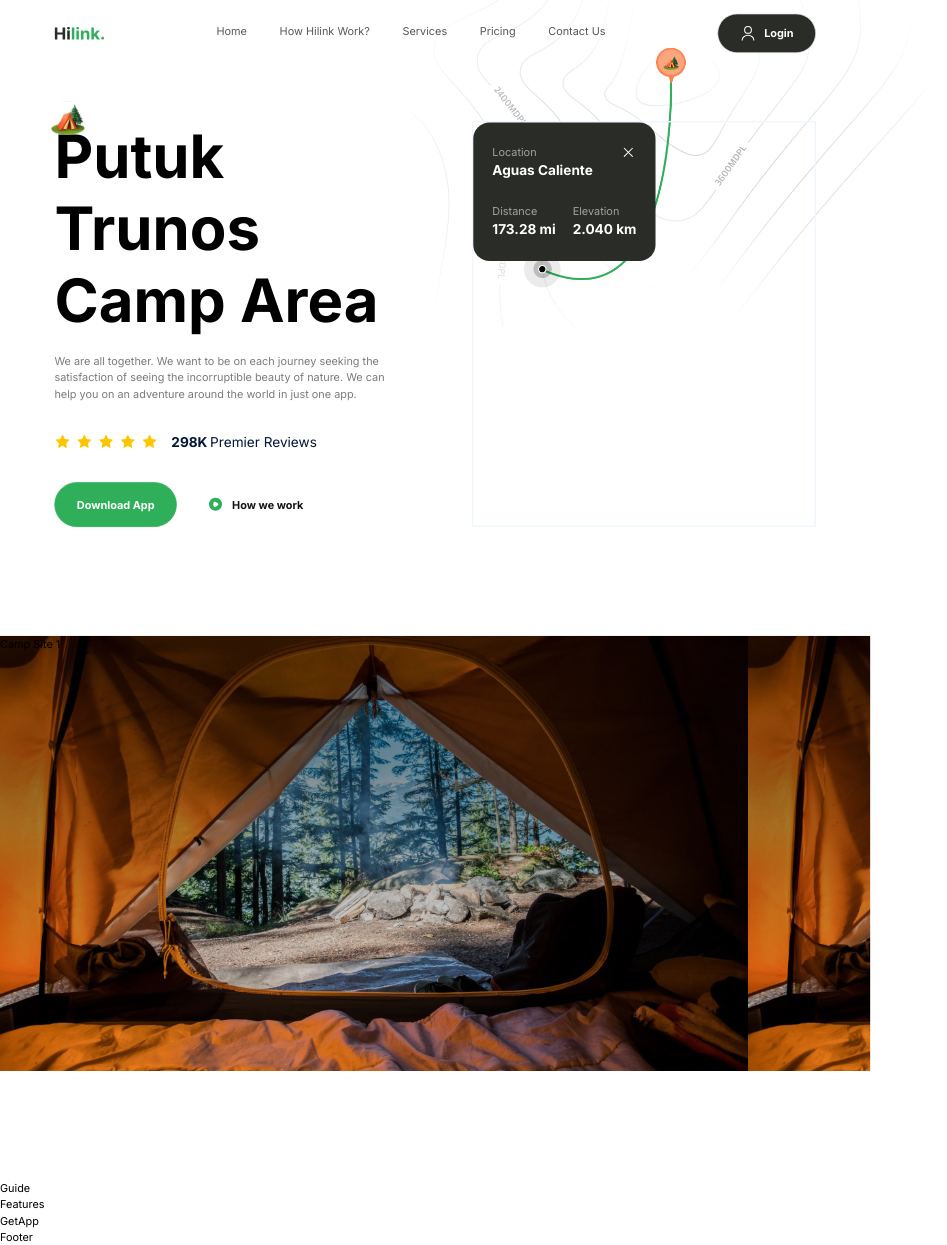
Repository: SouthpawC0der/Modern-reactsite
Page: /
An editor plug-in stored every save of this project. The page is shown before and after the next save, followed by the edit.
The browser window is 1280 px wide. The page is 1392 px wide, so the pictures cover 1392 px, including what lies to the right of the window. The pictures show the whole page, at 68% of full size.
The project was rebuilt for these pictures with package versions that can differ from the ones it lists, and the page was loaded fresh each time. The framework's server and built-in components were replaced by stand-ins that run in the browser. Also part of the build but not shown: next.config.ts.

Above is the page before, as saved 2025-01-30 12:28:09.

### app/layout.tsx
import type { Metadata } from "next";
import "./globals.css";
import Navbar from "@/components/Navbar";
import Footer from "@/components/Footer";

export default function RootLayout({
  children,
}: Readonly<{
  children: React.ReactNode;
}>) {
  return (
    <html lang="en">
      <body>
        <Navbar />
        <main className="relative-overflow-hidden">
        {children}
        </main>
        <Footer />
      </body>
    </html>
  );
}

### app/page.tsx
import Camp from "@/components/Camp";
import Features from "@/components/Features";
import GetApp from "@/components/GetApp";
import Guide from "@/components/Guide";
import Hero from "@/components/Hero";


export default function Home() {
  return (
    <>
    <Hero />
    <Camp />
    <Guide />
    <Features />
    <GetApp />
    </>
  );
}

### app/globals.css

@import url('https://fonts.googleapis.com/css2?family=Inter:wght@400;500;600;700;800&display=swap');

@tailwind base;
@tailwind components;
@tailwind utilities;

* {
  margin: 0;
  padding: 0;
  box-sizing: border-box;
}

body {
  font-family: Inter;
}

@layer utilities {
  .btn_white {
    @apply  border-white bg-white px-8 py-3 text-green-50
  }
  .btn_white_text  {
    @apply  border-white bg-white px-8 py-3 text-gray-90
  }
  .btn_green  {
    @apply  border-green-50 bg-green-50 px-8 py-5 text-white
  }
  .btn_dark_green {
    @apply  bg-green-90 px-8 py-4 text-white transition-all hover:bg-black
  }
  .btn_dark_green_outline  {
    @apply border-gray-20 bg-green-90 px-8 py-5 text-white
  }

  .max-container {
    @apply mx-auto max-w-[1440px];
  }

  .padding-container {
    @apply px-6 lg:px-20 3xl:px-0;
  }

  .flexCenter {
    @apply flex items-center justify-center;
  }

  .flexBetween {
    @apply flex items-center justify-between;
  }

  .flexStart {
    @apply flex items-center justify-start;
  }

  .flexEnd {
    @apply flex items-center justify-end;
  }

  /* FONTS */
  .regular-64 {
    @apply text-[64px] font-[400] leading-[120%];
  }

  .regular-40 {
    @apply text-[40px] font-[400] leading-[120%];
  }

  .regular-32 {
    @apply text-[32px] font-[400];
  }

  .regular-24 {
    @apply text-[24px] font-[400];
  }

  .regular-20 {
    @apply text-[20px] font-[400];
  }

  .regular-18 {
    @apply text-[18px] font-[400];
  }

  .regular-16 {
    @apply text-[16px] font-[400];
  }

  .regular-14 {
    @apply text-[14px] font-[400];
  }

  .medium-14 {
    @apply text-[14px] font-[600];
  }

  .bold-88 {
    @apply text-[88px] font-[700] leading-[120%];
  }

  .bold-64 {
    @apply text-[64px] font-[700] leading-[120%];
  }

  .bold-52 {
    @apply text-[52px] font-[700] leading-[120%];
  }

  .bold-40 {
    @apply text-[40px] font-[700] leading-[120%];
  }

  .bold-32 {
    @apply text-[32px] font-[700] leading-[120%];
  }

  .bold-20 {
    @apply text-[20px] font-[700];
  }

  .bold-18 {
    @apply text-[18px] font-[700];
  }

  .bold-16 {
    @apply text-[16px] font-[700];
  }

  /* Hero */
  .hero-map {
    @apply absolute right-0 top-0 h-screen w-screen bg-pattern-2 bg-cover bg-center md:-right-28 xl:-top-60;
  }

  /* Camp */
  .camp-quote {
    @apply absolute -right-6 bottom-4 w-[140px] lg:bottom-10 xl:-right-8 xl:w-[186px] 3xl:right-0;
  }

  /* Feature */
  .feature-phone {
    @apply absolute top-[13%] z-10 hidden max-w-[1500px] rotate-[15deg] md:-left-16 lg:flex  3xl:left-20;
  }

  /* Get App */
  .get-app {
    @apply max-container relative flex w-full  flex-col justify-between gap-32 overflow-hidden bg-green-90 bg-pattern bg-cover bg-center bg-no-repeat px-6 py-12 text-white sm:flex-row sm:gap-12 sm:py-24 lg:px-20 xl:max-h-[598px] 2xl:rounded-5xl;
  }
}

/* Hide scrollbar for Chrome, Safari and Opera */
.hide-scrollbar::-webkit-scrollbar {
  display: none;
}

/* Hide scrollbar for IE, Edge and Firefox */
.hide-scrollbar {
  -ms-overflow-style: none; /* IE and Edge */
  scrollbar-width: none; /* Firefox */
}

### components/Navbar.tsx
import { NAV_LINKS } from '@/constants'
import Image from 'next/image'
import Link from 'next/link'
import React from 'react'
import Button from './Button'

const Navbar = () => {
  return (
    <nav className='flexBetween max-container padding-container relative z-30 py-5'>
        <Link href="/">
          <Image src="/hilink-logo.svg" alt='logo' width={74} height={29} />
        </Link>

          <ul className='hidden h-full gap-12 lg:flex'>
             {NAV_LINKS.map((link) => (
                <Link href={link.href} key={link.key}
                className='regular-16 text-gray-50 flexCenter cursor-pointer pb-1.5 transition-all hover:font-bold'
                >
                    {link.label}
                </Link>
             ))}
          </ul>

          <div className='lg:flexCenter hidden'>
            <Button
            type='button'
            title='Login'
            icon='/user.svg'
            variant='btn_dark_green'
            />
          </div>

          <Image
          src='menu.svg'
          alt='menu'
          width={32}
          height={32}
          className='inline-block cursor-pointer lg:hidden'
          />
    </nav>
  )
}


export default Navbar

### components/Camp.tsx
import React from 'react'
 interface CampProps {
  backgroundImage: string;
  title: string,
  subtitle: string,
  peopleJoined: string,
 }

const CampSite = ({backgroundImage, title, subtitle, peopleJoined}: CampProps) => {
  return (
    <div className={`h-full w-full min-w-[1100px] ${backgroundImage}`}>
      Camp Site 1
    </div>
  )
}


const Camp = () => {
  return (
    <section className='2xl:max-container relative flex fle-col py-10 lg:mb-10 lg:py-20 xl:mb-20'>
    <div className='hide-scrollbar flex h-[340px] w-full items-start justify-start gap-8 overflow-x-auto lg:h-[400px] xl:h-[640px]'>
      <CampSite
      backgroundImage='bg-bg-img-1'
      title='Putuk Truno Camp'
      subtitle='Prigen, Pasuran'
      peopleJoined='50+ Joined'
      />
    </div>
  </section>
  )
}

export default Camp

### components/Hero.tsx
import Image from 'next/image'
import React from 'react'
import Button from './Button'

const Hero = () => {
  return (
    <section className='max-container padding-container flex flex-col gap-20 py-10 pb-32 md:gap-28
     lg:py-20 xl:flex-row '>
        <div className='hero-map' />

        <div className='relative z-10 flex flex-1 flex-col xl:w-1/2'>
            <Image
            src='/camp.svg'
            alt='camp'
            width={50}
            height={50}
            className='absolute left-[-5px] top-[-30px] w-10 lg:w-[50px]'
             />
             <h1 className='bold-32 lg:bold-88'>Putuk Trunos Camp Area</h1>
             <p className='regular-16 mt-6 text-gray-30 xl:max-[520px]'>
                We are all together. We want to be on each journey seeking the
                satisfaction of seeing the incorruptible beauty of nature. We can
                help you on an adventure around the world in just one app.
             </p>

             <div className='my-11 flex flex-wrap gap-5'>
                <div className='flex items-center gap-2'>
                    {Array(5).fill(1).map((_, index) => (
                        <Image
                        src='/star.svg'
                        key={index}
                        alt='star'
                        width={24}
                        height={24}
                        />
                    ))}
                </div>
                <p className='bold-16 lg:bold-20 text-blue-70'>
                    298K
                    <span className='regular-16 lg:regular-20 ml-1'>Premier Reviews</span>
                </p>
             </div>
             <div className='flex flex-col w-full gap-3 sm:flex-row'>
                    <Button
                    type='button'
                    title='Download App'
                    variant='btn_green'
                    />
                    <Button
                    type='button'
                    title='How we work'
                    icon='/play.svg'
                    variant='btn_white_text'
                    />
             </div>
        </div>

        <div className='relative flex flex-1 items-start border-2 border-blue-50'>
           <div className='relative z-20 flex w-[268px] flex-col gap-8 rounded-3xl bg-green-90 px-7 py-8'>

            <div className='flex flex-col'>
                <div className='flexBetween'>
                    <p className='regular-16 text-gray-20'>Location</p>
                        <Image
                          src='/close.svg'
                          alt='close'
                          width={24}
                          height={24}
                        />
                </div>

                <p className='bold-20 text-white'>Aguas Caliente</p>
                </div>

                <div className='flexBetween'>
                  <div className='flex flex-col'>
                    <p className='regular-16 block text-gray-20'>Distance</p>
                    <p className='bold-20 text-white'>173.28 mi</p>
                </div>
                  <div className='flex flex-col'>
                    <p className='regular-16 block text-gray-20'>Elevation</p>
                    <p className='bold-20 text-white'> 2.040 km</p>
                </div>
              </div>
            </div>
        </div>
    </section>
  )
}

export default Hero

### components/Button.tsx
import Image from 'next/image';
import React from 'react'

type ButtonProps = {
    type: 'button' | 'submit';
    title: string;
    icon?: string,
    variant: string
}

const Button = ( {type, title, icon, variant }: ButtonProps) => {
  return (
    <button
    className={`flexCenter gap-3 rounded-full border ${variant}`}
    type={type}

    >
        {icon && <Image src={icon} alt={title} width={24} height={24} />}
        <label className='bold-16 whitespace-nowrap'>{title}</label>
    </button>
  )
}

export default Button

Loaded but not shown: components/Footer.tsx (common file); components/Features.tsx (common file); components/GetApp.tsx (common file); components/Guide.tsx (common file); constants/index.ts (common file); tailwind.config.ts (common file)

After the next save:
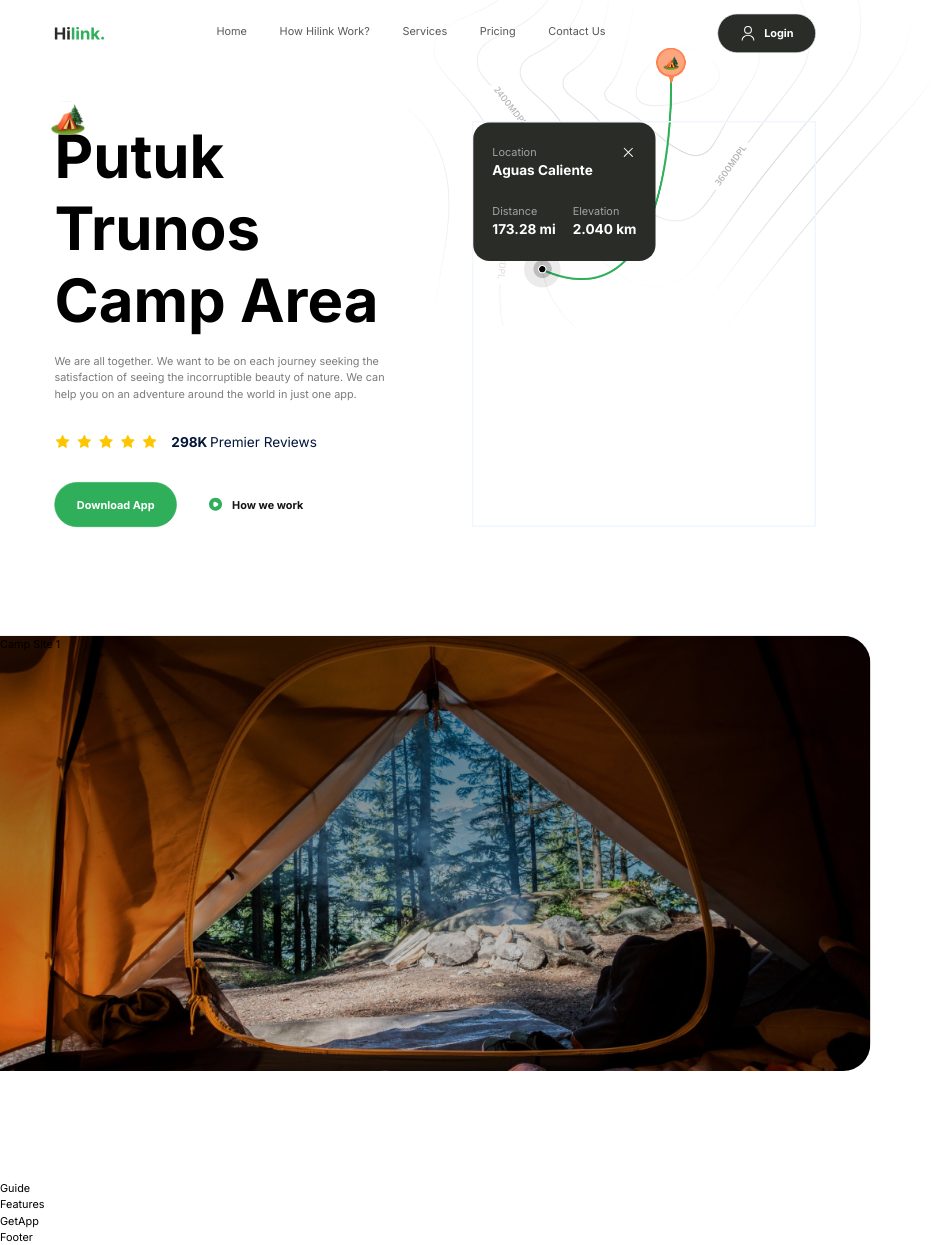
Saved 6 days later.
--- a/components/Camp.tsx
+++ b/components/Camp.tsx
@@ -8,7 +8,9 @@ import React from 'react'
 
 const CampSite = ({backgroundImage, title, subtitle, peopleJoined}: CampProps) => {
   return (
-    <div className={`h-full w-full min-w-[1100px] ${backgroundImage}`}>
+    <div className={`h-full w-full min-w-[1100px] ${backgroundImage}
+    bg-cover bg-no-repeat lg:rounded-r-5xl
+    `}>
       Camp Site 1
     </div>
   )
